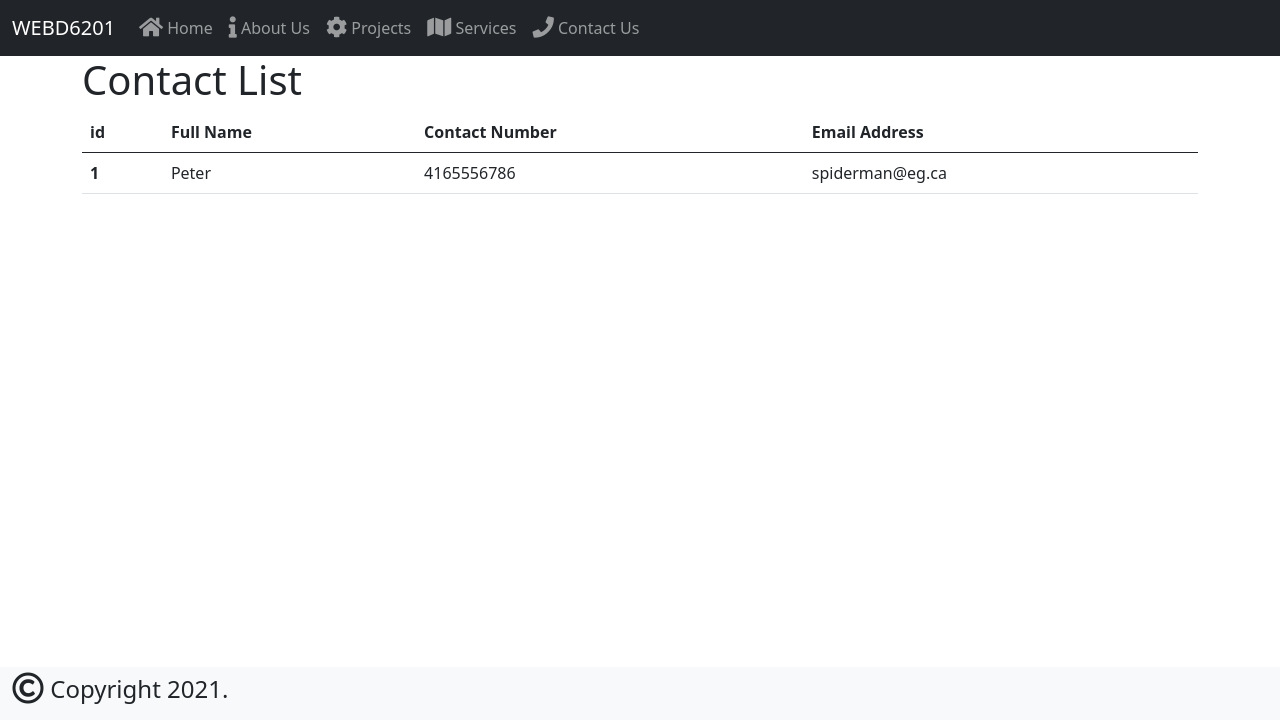
Repository: aphim/Webd6201-wk3
Page: contact-list.html
The author's editor kept a copy of each file at every save. The page is drawn from the files as they stood at one save, then again after the next save.
The browser window is 1280 px wide. The pictures show the whole page.

Above is the page before, as saved 2021-01-28 09:42:16.

After the next save:
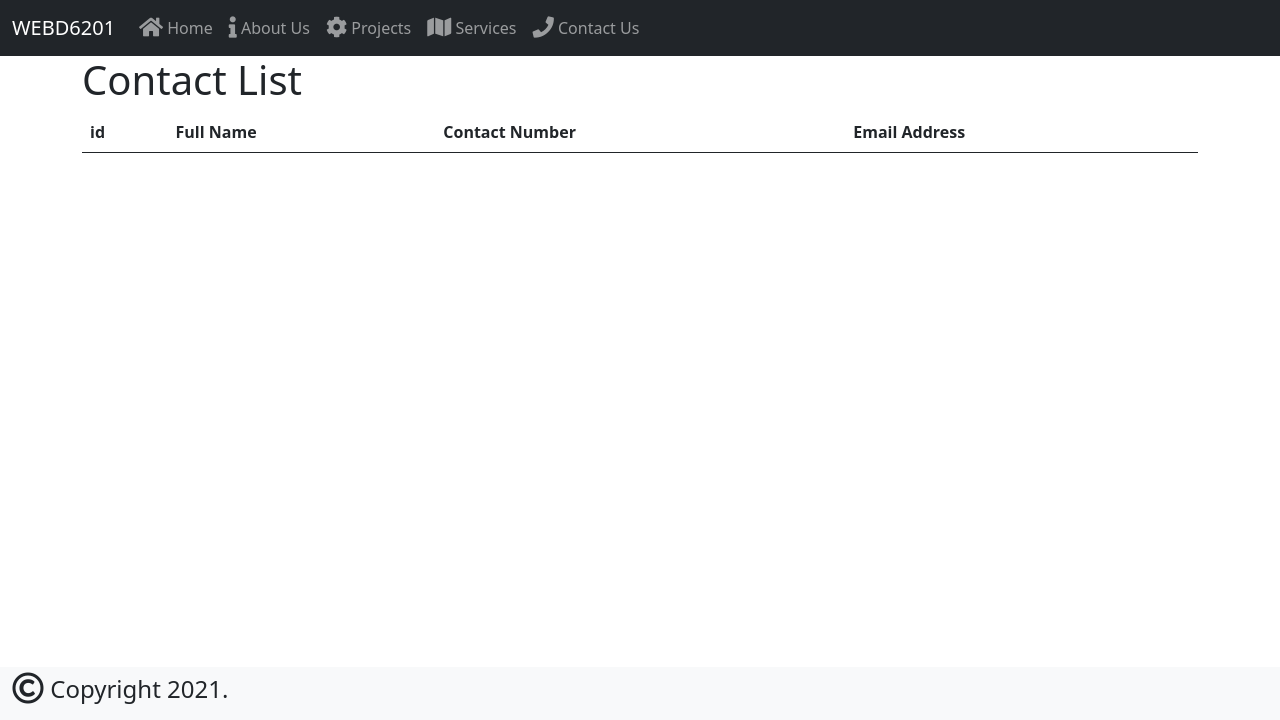
Saved 14 s later.
--- a/contact-list.html
+++ b/contact-list.html
@@ -61,13 +61,8 @@
                   <th scope="col">Email Address</th>
                 </tr>
               </thead>
-              <tbody>
-                <tr>
-                  <th scope="row">1</th>
-                  <td>Peter</td>
-                  <td>4165556786</td>
-                  <td>spiderman@eg.ca</td>
-                </tr>
+              <tbody id="contactList">
+
 
               </tbody>
             </table>
